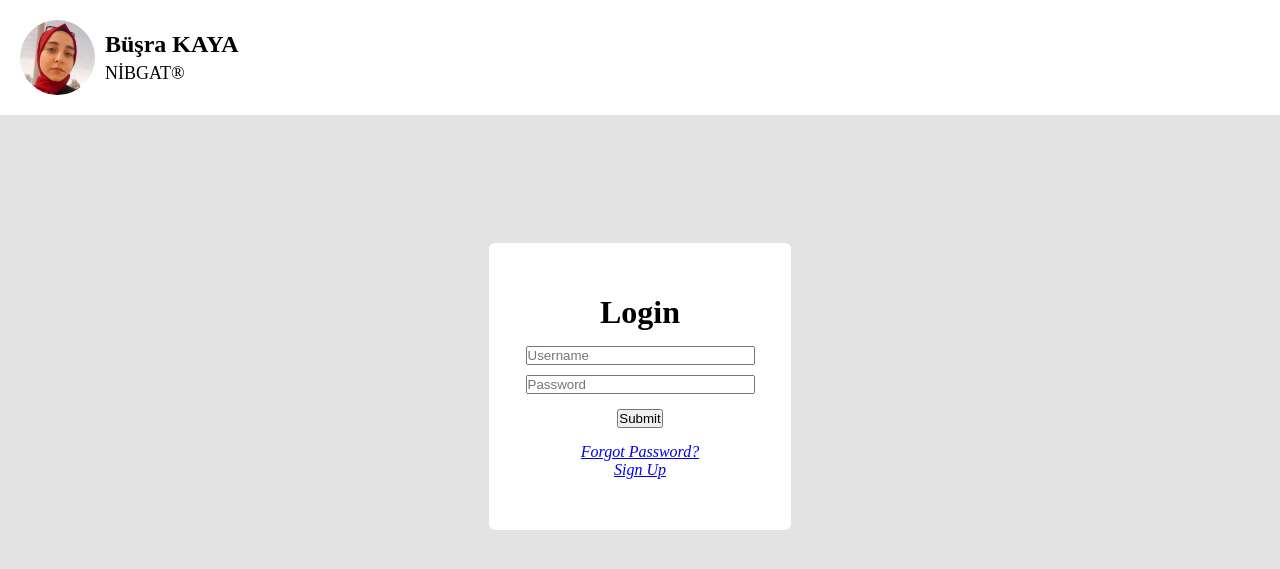
Repository: busra-kayaa/LoginPage
Page: login.html
These files come from the project's save history. The page is drawn as it stood at one moment and after the next save; the edit follows.
The browser window is 1280 px wide. The pictures show the whole page.

Above is the page before, as saved 2024-01-02 18:57:42.

After the next save:
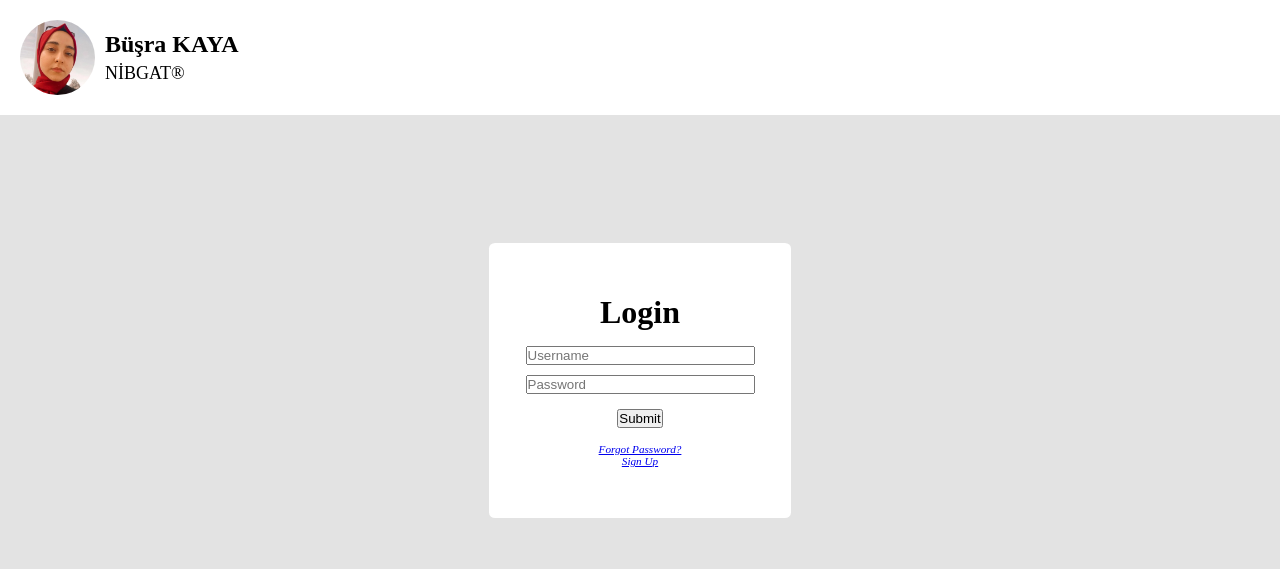
Saved 5 s later.
--- a/style.css
+++ b/style.css
@@ -90,8 +90,7 @@ body {
 .footer {
     display: flex;
     flex-direction:column;
-    font-size: 70
-    %;
+    font-size: 70%;
     font-style: italic;
 
 }
